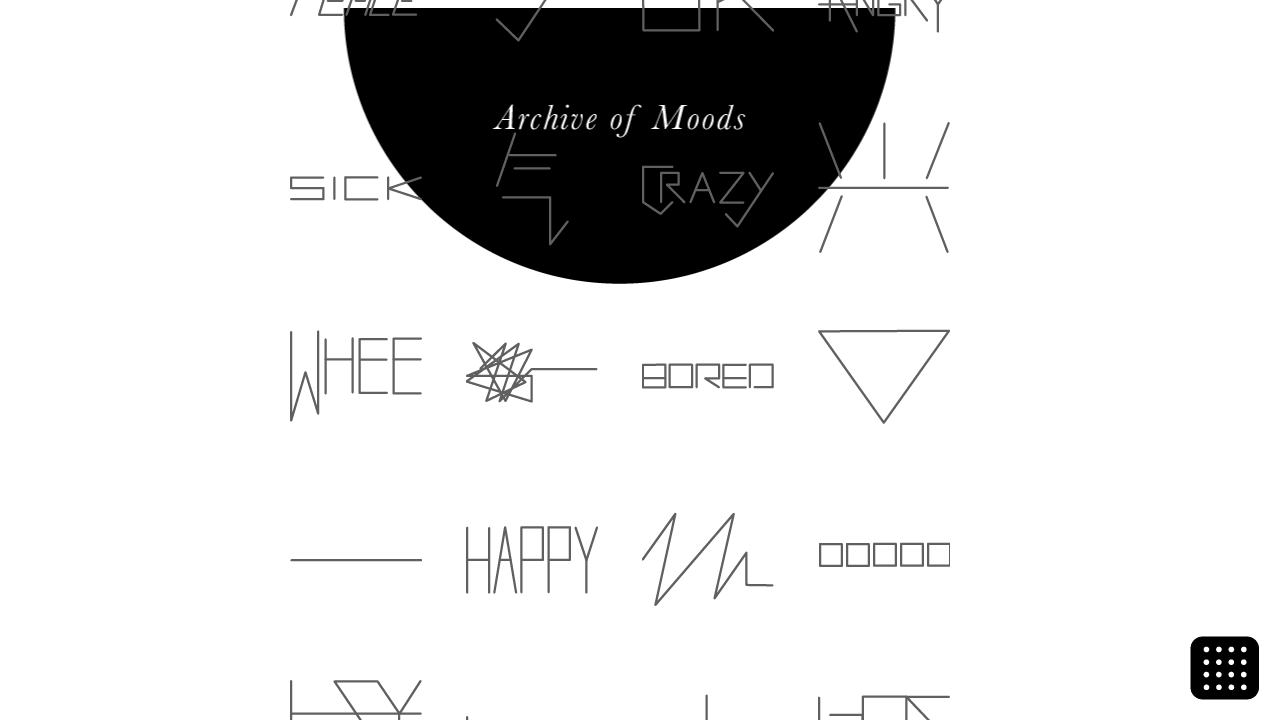
Repository: ConnyPinto/connypinto.github.io
Page: studio/dot-to-dot/archive.html
The author's editor kept a record of every edit. The page is drawn from the files as they stood at one moment, then again after the next edit.
The browser window is 1280 px wide. The pictures show the whole page.
Some web libraries are served in a nearby version.

Above is the page before.

### studio/dot-to-dot/archive.html
<html>

<head>
    <title>Archive</title>
    <link rel="stylesheet" href="css/archive.css" type="text/css" />
    <link href='http://fonts.googleapis.com/css?family=Libre+Baskerville:400,400italic' rel='stylesheet' type='text/css'>
    <script src="//ajax.googleapis.com/ajax/libs/jquery/1.7.1/jquery.min.js"></script>
    <script src="javascript/jquery.zoomooz.min.js"></script>
</head>

<body>
    <a href="index.html"><img class="home" src="images/home-button-01.png"></a>


       <!--<div class="circle">
             <div class="text">
                        <div class=title>Archive<br>
                        of<br>
                        Moods
                </div>
                   </div>-->
          <img class="semi-circle" src="images/semi-circle-01.png"
         style=
         "margin-top:0px;
         left:50%;
        transform: translate(60%);">

        <div class="container">


             <div class="row1">

             <img class="archive-image image-01" src="images/archive-image-01.png">
             <img class="archive-image image-02" src="images/archive-image-02.png">
             <img class="archive-image image-03" src="images/archive-image-03.png">
             <img class="archive-image image-04" src="images/archive-image-04.png">

             </div>

             <div class="row2">

             <img class="archive-image image-05" src="images/archive-image-05.png">
             <img class="archive-image image-06" src="images/archive-image-06.png">
             <img class="archive-image image-07" src="images/archive-image-07.png">
             <img class="archive-image image-08" src="images/archive-image-08.png">

             </div>

             <div class="row3">

             <img class="archive-image image-09" src="images/archive-image-09.png">
             <img class="archive-image image-10" src="images/archive-image-10.png">
             <img class="archive-image image-11" src="images/archive-image-11.png">
             <img class="archive-image image-12" src="images/archive-image-12.png">

             </div>

             <div class="row4">

             <img class="archive-image image-13" src="images/archive-image-13.png">
             <img class="archive-image image-14" src="images/archive-image-14.png">
             <img class="archive-image image-15" src="images/archive-image-15.png">
             <img class="archive-image image-16" src="images/archive-image-16.png">

             </div>

             <div class="row5">

             <img class="archive-image image-17" src="images/archive-image-17.png">
             <img class="archive-image image-18" src="images/archive-image-18.png">
             <img class="archive-image image-19" src="images/archive-image-19.png">
             <img class="archive-image image-20" src="images/archive-image-20.png">

            <div class="row6">

             <img class="archive-image image-21" src="images/archive-image-01.png">
             <img class="archive-image image-22" src="images/archive-image-02.png">
             <img class="archive-image image-23" src="images/archive-image-03.png">
             <img class="archive-image image-24" src="images/archive-image-04.png">

             </div>

             <div class="row7">

             <img class="archive-image image-25" src="images/archive-image-05.png">
             <img class="archive-image image-26" src="images/archive-image-06.png">
             <img class="archive-image image-27" src="images/archive-image-07.png">
             <img class="archive-image image-28" src="images/archive-image-08.png">

             </div>

             <div class="row8">

             <img class="archive-image image-09" src="images/archive-image-09.png">
             <img class="archive-image image-10" src="images/archive-image-10.png">
             <img class="archive-image image-11" src="images/archive-image-11.png">
             <img class="archive-image image-12" src="images/archive-image-12.png">

             </div>

             <div class="row9">

             <img class="archive-image image-13" src="images/archive-image-13.png">
             <img class="archive-image image-14" src="images/archive-image-14.png">
             <img class="archive-image image-15" src="images/archive-image-15.png">
             <img class="archive-image image-16" src="images/archive-image-16.png">

             </div>

             <div class="row10">

             <img class="archive-image image-17" src="images/archive-image-17.png">
             <img class="archive-image image-18" src="images/archive-image-18.png">
             <img class="archive-image image-19" src="images/archive-image-19.png">
             <img class="archive-image image-20" src="images/archive-image-20.png">
            </div>

         </div>

        </body>


</html>


<!-- <div class="container">

             <div class="row1">

                 <a href="room1.html" class="window window1"> </a>

             <img class="archive-image image-01" src="images/archive-image-01.png">
             <img class="archive-image image-02" src="images/archive-image-02.png">
             <img class="archive-image image-03" src="images/archive-image-03.png">
             <img class="archive-image image-04" src="images/archive-image-04.png">

             </div>

             <div class="row2">

             <img class="archive-image image-05" src="images/archive-image-05.png">
             <img class="archive-image image-06" src="images/archive-image-06.png">
             <img class="archive-image image-07" src="images/archive-image-07.png">
             <img class="archive-image image-08" src="images/archive-image-08.png">

             </div>

             <div class="row3">

             <img class="archive-image image-09" src="images/archive-image-09.png">
             <img class="archive-image image-10" src="images/archive-image-10.png">
             <img class="archive-image image-11" src="images/archive-image-11.png">
             <img class="archive-image image-12" src="images/archive-image-12.png">

             </div>

             <div class="row4">

             <img class="archive-image image-13" src="images/archive-image-13.png">
             <img class="archive-image image-14" src="images/archive-image-14.png">
             <img class="archive-image image-15" src="images/archive-image-15.png">
             <img class="archive-image image-16" src="images/archive-image-16.png">

             </div>

             <div class="row5">

             <img class="archive-image image-17" src="images/archive-image-17.png">
             <img class="archive-image image-18" src="images/archive-image-18.png">
             <img class="archive-image image-19" src="images/archive-image-19.png">
             <img class="archive-image image-20" src="images/archive-image-20.png">

            </div>

         </div> -->

### studio/dot-to-dot/css/archive.css

/*.circle{
    position:absolute;
    top:150px;
    left:50%;
    z-index:2;
    width:200px;
    height:200px;
    border-radius:50%;
    font-size:25px;
    color:#fff;
    text-align:center;
    background:#000;
    transform: translate(-50%, -50%);
}


.text{
      font-family: 'Libre Baskerville', serif;
      font-style:italic;
      margin-top:65px;
      font-size:24px;
      line-height:25px
}*/

.home{
 position:fixed;
 bottom:20px;
 right:20px;

}

.home:hover{
    opacity:0.75;
}


.container{
   position:absolute;
    width:700px;
    margin-top:550px;
    left:50%;
    transform: translate(-50%, -50%);

}


.row1{
  display:inline-block;
  margin-bottom:50px;
}

.row2{
  display:inline-block;
  margin-bottom:50px;
}

.row3{
  display:inline-block;
  margin-bottom:50px;
}

.row4{
  display:inline-block;
  margin-bottom:50px;
}

.row5{
  display:inline-block;
  margin-bottom:40px;
}

.row6{
  display:inline-block;
  margin-bottom:40px;
}

.row7{
  display:inline-block;
  margin-bottom:40px;
}

.row8{
  display:inline-block;
  margin-bottom:40px;
}

.row9{
  display:inline-block;
  margin-bottom:40px;
}

.row10{
  display:inline-block;
  margin-bottom:40px;
}

.image-01{
  margin-right:0px;
  margin-left:0px;
}

.image-02{
  margin-right:0px;
  margin-left:40px;
}

.image-03{
  margin-right:0px;
  margin-left:40px;
}

.image-04{
  margin-right:0px;
  margin-left:40px;
}

.image-05{
  margin-right:20px;
  margin-left:0px;
}

.image-06{
   margin-right:20px;
  margin-left:20px;
}

.image-07{
   margin-right:20px;
  margin-left:20px;
}

.image-08{
   margin-right:0px;
  margin-left:20px;
}

.image-09{
   margin-right:20px;
  margin-left:0px;
}

.image-10{
  margin-right:20px;
  margin-left:20px;
}

.image-11{
   margin-right:20px;
  margin-left:20px;
}

.image-12{
  margin-right:0px;
  margin-left:20px;
}

.image-13{
   margin-right:20px;
  margin-left:0px;
}

.image-14{
  margin-right:20px;
  margin-left:20px;
}

.image-15{
  margin-right:20px;
  margin-left:20px;
}

.image-16{
  margin-right:0px;
  margin-left:20px;
}

.image-17{
  margin-right:20px;
  margin-left:0px;
}

.image-18{
  margin-right:20px;
  margin-left:20px;
}

.image-19{
  margin-right:20px;
  margin-left:20px;
}

.image-20{
  margin-right:0px;
  margin-left:20px;
}

.image21{
  margin-right:0px;
  margin-left:0px;
}

.image-22{
  margin-right:0px;
  margin-left:40px;
}

.image-23{
  margin-right:0px;
  margin-left:40px;
}

.image-24{
  margin-right:0px;
  margin-left:40px;
}

.image-25{
  margin-right:0px;
  margin-left:0px;
}

.image-26{
  margin-right:0px;
  margin-left:40px;
}

.image-27{
  margin-right:0px;
  margin-left:40px;
}

.image-28{
  margin-right:0px;
  margin-left:40px;
}

.image-29{
  margin-right:0px;
  margin-left:0px;
}

.image-30{
  margin-right:0px;
  margin-left:40px;
}

.image-31{
  margin-right:0px;
  margin-left:40px;
}

.image-32{
  margin-right:0px;
  margin-left:40px;
}

.image-33{
  margin-right:0px;
  margin-left:0px;
}

.image-34{
  margin-right:0px;
  margin-left:40px;
}

.image-35{
  margin-right:0px;
  margin-left:40px;
}

.image-36{
  margin-right:0px;
  margin-left:40px;
}

.image-37{
  margin-right:0px;
  margin-left:0px;
}

.image-38{
  margin-right:0px;
  margin-left:40px;
}

.image-39{
  margin-right:0px;
  margin-left:40px;
}

.image-40{
  margin-right:0px;
  margin-left:40px;
}

Loaded but not shown: studio/space/final-space/javascript/jquery.zoomooz.min.js (library)

After the next edit:
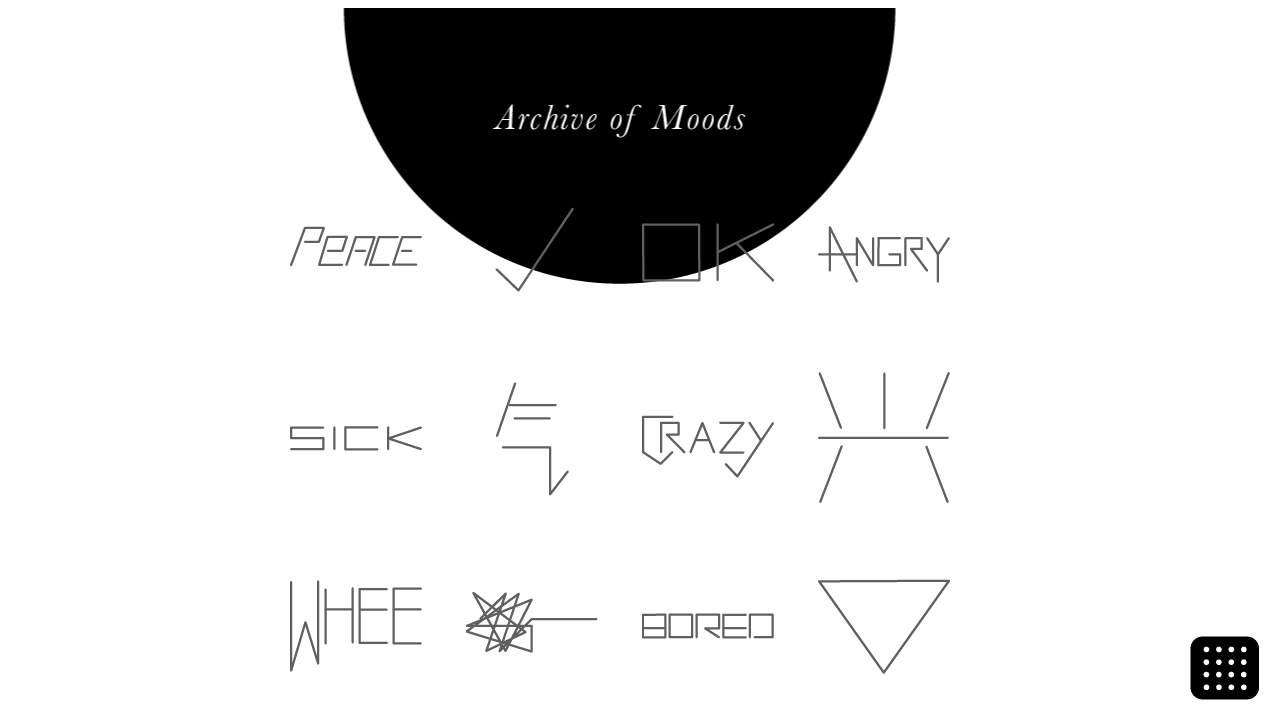
The edit:
--- a/studio/dot-to-dot/css/archive.css
+++ b/studio/dot-to-dot/css/archive.css
@@ -38,7 +38,7 @@
 .container{
    position:absolute;
     width:700px;
-    margin-top:550px;
+    margin-top:800px;
     left:50%;
     transform: translate(-50%, -50%);
 
